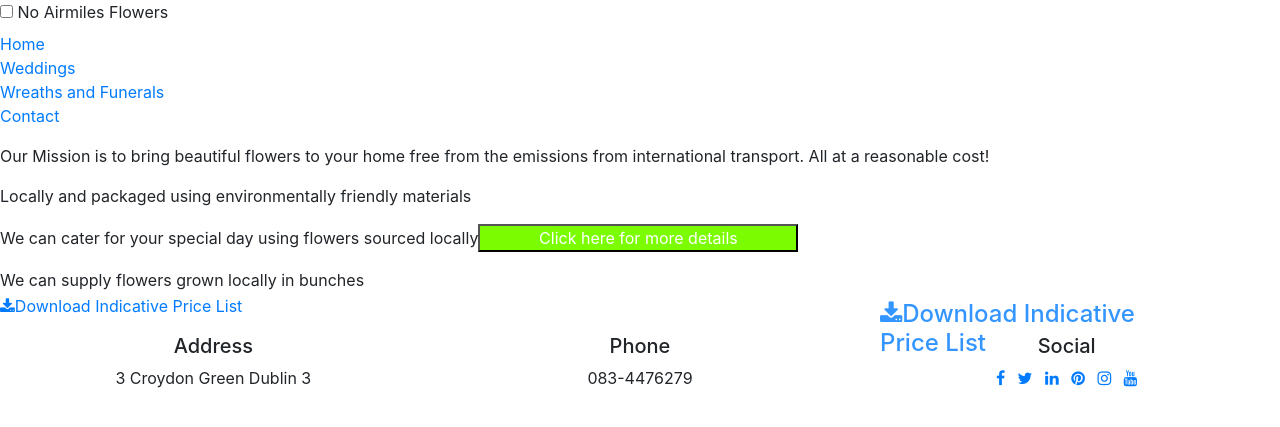
Repository: ConorTC1990/Flowers
Page: weddings.html
The author's editor kept a record of every edit. The page is drawn from the files as they stood at one moment, then again after the next edit.
The browser window is 1280 px wide. The pictures show the whole page.
Some web libraries are served in a nearby version.

Above is the page before.

### weddings.html
<!DOCTYPE html>
<html lang="en">
    <div class= "containerweddings">
<head>
    <meta charset="UTF-8">
    <meta name="viewport" content="width=device-width, initial-scale=1.0">
    <meta http-equiv="X-UA-Compatible" content="ie=edge">
    <link rel="stylesheet" href="https://maxcdn.bootstrapcdn.com/bootstrap/4.2.1/css/bootstrap.min.css" type="text/css" />
    <link rel="stylesheet" href="https://maxcdn.bootstrapcdn.com/font-awesome/4.7.0/css/font-awesome.min.css" type="text/css" />
    <link rel="stylesheet" href="https://cdnjs.cloudflare.com/ajax/libs/hover.css/2.1.1/css/hover-min.css" type="text/css" />
    <link rel="stylesheet" href="assets/css/style.css">
    <title>No Airmiles Flowers</title>
</head>
<body>
<div class="collapsible-menu">
            <input type="checkbox" id="menu">
            <label for="menu">No Airmiles Flowers</label>
            <div class="menu-content">
                <ul>
                         <li><a href="index.html">Home</a></li>
                    <li><a href="weddings.html">Weddings</a></li>
                    <li><a href="Wreaths.html">Wreaths and Funerals</a></li>
                    <li><a href="Contactform.html">Contact</a></li>

                </ul>
            </div>
        </div>


   <div class="WeddingsBackground">
         <h4 class="callout">
            This is your day, remember everything is bespoke! We can ascertain what works for you best
        </h4>
    <h4 class="callout2">
            We will meet you at the venue in order to help you decide what works best for you on your budget
        </h4>
         <h4 class="callout3">
           <a href="assets/Indicative Price List.pdf" target="_blank" class="hvr-sweep-to-bottom"><i class="fa fa-download" aria-hidden="true"></i><span>Download Indicative Price List</span></a>
        </h4>
        </div>

       <div class="videoclass2weddings">
		    <div class=videoclass2padding>
		        <ul>
		            <li> Our Mission is to bring beautiful flowers to your home free from the emissions from international transport. All at a reasonable cost!</li></p>
		            <li> Locally and packaged using environmentally friendly materials</li></p>
		            <li>We can cater for your special day using flowers sourced locally<span class"buttonsticky"><button class= "button">Click here for more details</button></span></li></p>
		            <li>We can supply flowers grown locally in bunches</li>
		            <a href="assets/Indicative Price List" target="_blank" class="hvr-sweep-to-bottom"><i class="fa fa-download" aria-hidden="true"></i><span>Download Indicative Price List</span></a>
		        </ul>
		    </div>
		</div>
</div>


<footer class="container-fluid wreathfooter">
        <div id="footer-details" class="row">
            <div class="col-sm-4">
                <h5 class="uppercase general-sub">Address</h5>
                <p class="inline-block">
                    3 Croydon Green
                    Dublin 3
                </p>
            </div>
            <div class="col-sm-4">
                <h5 class="uppercase general-sub">Phone</h5>
                <p class="inline-block">
                    083-4476279

                    </a>
                </p>
            </div>
            <div class="col-sm-4">
                <h5 class="uppercase general-sub">Social</h5>
                <ul class="list-inline social-links">
                    <li class="list-inline-item">
                        <a target="_blank" href="#">
                            <i class="fa fa-facebook" aria-hidden="true"></i>
                            <span class="sr-only">Facebook</span>
                        </a>
                    </li>
                    <li class="list-inline-item">
                        <a target="_blank" href="#">
                            <i class="fa fa-twitter" aria-hidden="true"></i>
                            <span class="sr-only">Twitter</span>
                        </a>
                    </li>
                    <li class="list-inline-item">
                        <a target="_blank" href="#">
                            <i class="fa fa-linkedin" aria-hidden="true"></i>
                            <span class="sr-only">LinkedIn</span>
                        </a>
                    </li>
                    <li class="list-inline-item">
                        <a target="_blank" href="#">
                            <i class="fa fa-pinterest" aria-hidden="true"></i>
                            <span class="sr-only">Pinterest</span>
                        </a>
                    </li>
                    <li class="list-inline-item">
                        <a target="_blank" href="#">
                            <i class="fa fa-instagram" aria-hidden="true"></i>
                            <span class="sr-only">Instagram</span>
                        </a>
                    </li>
                    <li class="list-inline-item">
                        <a target="_blank" href="#">
                            <i class="fa fa-youtube" aria-hidden="true"></i>
                            <span class="sr-only">YouTube</span>
                        </a>
                    </li>
                </ul>
            </div>
        </div>
        </div>

    </footer>

</body>

</html>

### assets/css/style.css
@import url('https://fonts.googleapis.com/css?family=Roboto:100,200,300,400,500,600,700|Exo:100,200,300,400,500,600,700');
.mission {
	text-transform: uppercase;
	color: green;
}


/* up for deletion*/

@media (min-width: 1200px) .container {
	max-width: 100%;
}

@media (min-width: 992px) .container {
	max-width: 100%;
}

@media (min-width: 768px) .container {
	max-width: 100%;
}

@media (min-width: 576px) .container {
	max-width: 100%;
}


/* up for deletion*/


}

/* up for deletion*/
*,
*:before,
*:after {
	-webkit-box-sizing: border-box;
	-moz-box-sizing: border-box;
	box-sizing: border-box;
}
* {
	margin: 0;
	padding: 0;
}
* {
	margin: 0;
	padding: 0;
}
*,
 ::after,
 ::before {
	box-sizing: border-box;
}

}
.title {
	text-align: center;
	color: white;
}
h3 {
	text-transform: uppercase;
	text-align: center;
	color: green;
	background-color: #FF00FF;
	resize: both;
}

/* Buttons*/
.button {
	background-color: #7CFC00;
	text-align: center;
	color: white;
	width: 25%;
	transition-duration: .9s;
	transition-timing-function: ease-in-out;
	z-index: 1;
}
.button:hover {
	background-color: white;
	color: #7CFC00;
}
a:hover {
	background-color: white;
	color: #7CFC00;
}
.sr-only {
	color: white
}
.list-inline-item {
	color: white
}
.infoclass {
	background-color: transparent;
}
#myVideo {
	position: center;
	width: 100%;
	min-height: 100%;
	padding-bottom: 0px;
	padding-right: 0px;
	padding-left: 0px;
}
.col-sm-4 {
	text-align: center;
	border-color: #FF00FF;
}

/* Callout box - fixed position at the bottom of the page */
.callout {
	position:fixed;
	top: 100px;
	right: 100px;
	margin-left: 20px;
	max-width: 300px;
	color: white;
	opacity: 0.8;
}
.callout2 {
	position:fixed;
	top: 500px;
	right: 100px;
	margin-left: 20px;
	max-width: 300px;
	color: white;
	opacity: 0.8;
}
.callout3 {
	position:fixed;
	top: 300px;
	right: 100px;
	margin-left: 250px;
	max-width: 300px;
	color: white;
	opacity: 0.8;
}

/* up for deletion*/
.callout-header {
	padding: 25px 15px;
	background: #555;
	font-size: 30px;
	color: white;
	opacity: 0.8;
}.callout-header {
	padding: 25px 15px;
	background: #555;
	font-size: 30px;
	color: white;
	opacity: 0.8;
}
.col-sm-4 {
	border-color: #FF00FF;
	padding-left: 0px;
	padding-right: 0px;
}
.container-fluid {
	alignment-baseline: text-after-edge;
	border:none;
}
.sticky {
	position: static;
	top: 0;
}
body {
	background-color: white;
	padding-left: 0px;
	padding-right: 0px;
}
.list-inline-item {
	text-align: right;
	border-color: black;
}
.address {
	text-align: right;
}
head {
	z-index: 1;
	border-collapse: collapse;
	border-color: white;
}

/* -------------- Navbar --------------- */

/* to keep Navbar in place*/


/* Page content */
.content {
	padding: 16px;
}
}
.stickytitle {
	position: fixed;
	top: 0px;
	width: 100%;
	height: 35px;
	z-index: 1;
}

/* Add some top padding to the page content to prevent sudden quick movement (as the navigation bar gets a new position at the top of the page (position:fixed and top:0) */
.sticky+.content {
	padding-top: 60px;
/* The sticky class is added to the navbar with JS when it reaches its scroll position */
.sticky {
	position: fixed;
	top: 35px;
	width: 100%;
}
.stickytitle {
	position: fixed;
	top: 0px;
	width: 100%;
	height: 35px;
	z-index: 1;
}

/* Add some top padding to the page content to prevent sudden quick movement (as the navigation bar gets a new position at the top of the page (position:fixed and top:0) */
.sticky+.content {
	padding-top: 60px;
}
.general-sub {
	background-color: black;
container-fluid sticky {
	padding-bottom: 1000px;
}
	border-color: black;
	padding-left: 0px;
	padding-right: 0px;
	padding-top: 0px;
}
.list-inline-item {
	color: white
}
title sticky {
	top: 25px
}
.buttonsticky {
	padding-right: 25px
}
.footerpin {
	position: bottom 35px
}
container-fluid sticky {
	padding-bottom: 1000px;
}

/* Footer Styles */
.social-links li a i {
	width: 32px;
	height: 32px;
	padding: 12px 0;
	border-radius: 50%;
	font-size: 13px;
	line-height: 7px;
	text-align: center;
	color: white;
	background: black;
	transition: all 0.35s ease-in-out;
	-moz-transition: all 0.35s ease-in-out;
	-webkit-transition: all 0.35s ease-in-out;
	-o-transition: all 0.35s ease-in-out;
}
.social-links li a i:hover {
	background: #7CFC00;
}
footer {
	text-align: center;
	background-color: black;
	color: white;
	text-shadow: none;
	text-transform: uppercase;
	position: fixed;
	position: absolute;
	height: 25px;
	max-height: 10%;
}
.container-fluidf {
	bottom: 10px;
}

/* Wreaths */
.WreathsBackground {
	background-image: url("../images/Wreaths.JPG");
	background-repeat: no-repeat;
	background-size: cover;
	position: absolute;
	resize: both;
	min-width: 100%;
	min-height: 60%;
	max-width: 100%;
	max-height: 60%;
	padding-top: 35px;
	padding-bottom: 60px;
	padding-right: 0px;
	padding-left: 0px;
	z-index: 0;
}

/* Contact */
.ContactBackground {
	background-image: url("../images/flowers.jpg");
	position: absolute;
	resize: both;
	background-repeat: no-repeat;
	background-size: cover;
	min-width: 100%;
	min-height: 800px;
	padding-top: 35px;
	padding-bottom: 35px;
	padding-right: 0px;
	padding-left: 0px;
	z-index: 0;
}

/* ----------- Contact  form------------------*/
.form-style-1 {
	margin:10px auto;
	max-width: 400px;
	padding: 20px 12px 10px 20px;
	font: 13px "Lucida Sans Unicode",
	"Lucida Grande",
	sans-serif;
}
.form-style-1 li {
	padding: 0;
	display: block;
	list-style: none;
	margin: 10px 0 0 0;
}
.form-style-1 label {
	margin:0 0 3px 0;
	padding:0px;
	display:block;
	font-weight: bold;
}
.form-style-1 input[type=text],
.form-style-1 input[type=date],
.form-style-1 input[type=datetime],
.form-style-1 input[type=number],
.form-style-1 input[type=search],
.form-style-1 input[type=time],
.form-style-1 input[type=url],
.form-style-1 input[type=email],
textarea,
select {
	box-sizing: border-box;
	-webkit-box-sizing: border-box;
	-moz-box-sizing: border-box;
	border:1px solid #BEBEBE;
	padding: 7px;
	margin:0px;
	-webkit-transition: all 0.30s ease-in-out;
	-moz-transition: all 0.30s ease-in-out;
	-ms-transition: all 0.30s ease-in-out;
	-o-transition: all 0.30s ease-in-out;
	outline: none;
}
.form-style-1 input[type=text]:focus,
.form-style-1 input[type=date]:focus,
.form-style-1 input[type=datetime]:focus,
.form-style-1 input[type=number]:focus,
.form-style-1 input[type=search]:focus,
.form-style-1 input[type=time]:focus,
.form-style-1 input[type=url]:focus,
.form-style-1 input[type=email]:focus,
.form-style-1 textarea:focus,
.form-style-1 select:focus {
	-moz-box-shadow: 0 0 8px #88D5E9;
	-webkit-box-shadow: 0 0 8px #88D5E9;
	box-shadow: 0 0 8px #88D5E9;
	border: 1px solid #88D5E9;
}
.form-style-1 .field-divided {
	width: 49%;
}
.form-style-1 .field-long {
	width: 100%;
}
.form-style-1 .field-select {
	width: 100%;
}
.form-style-1 .field-textarea {
	height: 100px;
}
.form-style-1 input[type=submit],
.form-style-1 input[type=button] {
	background: #4B99AD;
	padding: 8px 15px 8px 15px;
	border: none;
	color: #fff;
}
.form-style-1 input[type=submit]:hover,
.form-style-1 input[type=button]:hover {
	background: #4691A4;
	box-shadow:none;
	-moz-box-shadow:none;
	-webkit-box-shadow:none;
}
.form-style-1 .required {
	color:red;
}

/* ----------- Contact  form------------------*/

/* ----------- Weddings Background------------------*/
.WeddingsBackground {
	background-image: url("../images/Weddings.PNG");
	position: fixed;
	resize: both;
	padding-top: 35px;
	padding-bottom: 35px;
	padding-right: 0px;
	padding-left: 0px;
	z-index: -1;
	max-width : 100%;
	max-height: 50%;
	min-width: 100%;
	min-height: 50%;
}

/* ----------- Weddings Background------------------*/

/* ----------- Menu Bar------------------*/
.menu-content {
	font-family: 'Oswald',
	sans-serif;
	padding: 0 0 0 50px;
}
.collapsible-menu {
	background-color: rgb(255,
	255,
	255);
	padding: 0px 30px;
	border-bottom: 3px solid #CDE700;
	box-shadow: 1px 2px 3px rgba(0,
	0,
	0,
	0.2);
	opacity: 1;
}
.collapsible-menu ul {
	list-style-type: none;
	padding: 0;
}
.collapsible-menu a {
	display:block;
	padding: 10px;
	text-decoration: none;
}
.collapsible-menu label {
	font-family: 'Sedgwick Ave Display',
	cursive;
	font-size: 40px;
	display: block;
	cursor: pointer;
	background: url(../images/menu.png) no-repeat left center;
	padding: 10px 0 10px 50px;
}
input#menu {
	display: none;
}
input:checked+label {
	background-image: url(../images/close.png);
}
.menu-content {
	max-height: 0;
	overflow: hidden;
	font-family: 'Oswald',
	sans-serif;
	padding: 0 0 0 50px;
}

/* Toggle Effect */
input:checked~label {
	background-image: url(../images/close.png);
}
input:checked~.menu-content {
	max-height: 100%;
}

/* ----------- Menu Bar------------------*/

/* ----------- Consider for Deletion------------------*/

/* test */
* {
	margin: 0;
	padding: 0;
}

/* Icon 0 */
#nav-icon0 {
	width: 30px;
	height: 35px;
	position: relative;
	margin: 50px auto;
	-webkit-transform: rotate(0deg);
	-moz-transform: rotate(0deg);
	-o-transform: rotate(0deg);
	transform: rotate(0deg);
	-webkit-transition: .5s ease-in-out;
	-moz-transition: .5s ease-in-out;
	-o-transition: .5s ease-in-out;
	transition: .5s ease-in-out;
	cursor: pointer;
}

/* Icon 2 */
#nav-icon0 {}
#nav-icon0 span {
	display: block;
	position: absolute;
	height: 2px;
	width: 50%;
	background: #000;
	opacity: 1;
	-webkit-transform: rotate(0deg);
	-moz-transform: rotate(0deg);
	-o-transform: rotate(0deg);
	transform: rotate(0deg);
	-webkit-transition: .25s ease-in-out;
	-moz-transition: .25s ease-in-out;
	-o-transition: .25s ease-in-out;
	transition: .25s ease-in-out;
}
#nav-icon0 span:nth-child(even) {
	left: 50%;
	border-radius: 0 9px 9px 0;
}
#nav-icon0 span:nth-child(odd) {
	left:0px;
	border-radius: 9px 0 0 9px;
}
#nav-icon0 span:nth-child(1),
#nav-icon0 span:nth-child(2) {
	top: 0px;
}
#nav-icon0 span:nth-child(3),
#nav-icon0 span:nth-child(4) {
	top: 10px;
}
#nav-icon0 span:nth-child(5),
#nav-icon0 span:nth-child(6) {
	top: 20px;
}
#nav-icon0.open span:nth-child(1),
#nav-icon0.open span:nth-child(6) {
	-webkit-transform: rotate(45deg);
	-moz-transform: rotate(45deg);
	-o-transform: rotate(45deg);
	transform: rotate(45deg);
}
#nav-icon0.open span:nth-child(2),
#nav-icon0.open span:nth-child(5) {
	-webkit-transform: rotate(-45deg);
	-moz-transform: rotate(-45deg);
	-o-transform: rotate(-45deg);
	transform: rotate(-45deg);
}
#nav-icon0.open span:nth-child(1) {
	left: 0px;
	top: 9px;
}
#nav-icon0.open span:nth-child(2) {
	left: calc(50% - 5px);
	top: 9px;
}
#nav-icon0.open span:nth-child(3) {
	left: -50%;
	opacity: 0;
}
#nav-icon0.open span:nth-child(4) {
	left: 100%;
	opacity: 0;
}
#nav-icon0.open span:nth-child(5) {
	left: 0px;
	top: 19px;
}
#nav-icon0.open span:nth-child(6) {
	left: calc(50% - 5px);
	top: 19px;
}

/* ----------- Consider for Deletion------------------*/
* {
	margin: 0;
	padding: 0;
}

/* Icon 1 */
#nav-icon1,
#nav-icon2,
#nav-icon3,
#nav-icon4 {
	width: 60px;
	height: 45px;
	position: relative;
	margin: 50px auto;
	-webkit-transform: rotate(0deg);
	-moz-transform: rotate(0deg);
	-o-transform: rotate(0deg);
	transform: rotate(0deg);
	-webkit-transition: .5s ease-in-out;
	-moz-transition: .5s ease-in-out;
	-o-transition: .5s ease-in-out;
	transition: .5s ease-in-out;
	cursor: pointer;
}
#nav-icon1 span,
#nav-icon3 span,
#nav-icon4 span {
	display: block;
	position: absolute;
	height: 9px;
	width: 100%;
	background: #d3531a;
	border-radius: 9px;
	opacity: 1;
	left: 0;
	-webkit-transform: rotate(0deg);
	-moz-transform: rotate(0deg);
	-o-transform: rotate(0deg);
	transform: rotate(0deg);
	-webkit-transition: .25s ease-in-out;
	-moz-transition: .25s ease-in-out;
	-o-transition: .25s ease-in-out;
	transition: .25s ease-in-out;
}
#nav-icon1 span:nth-child(1) {
	top: 0px;
}
#nav-icon1 span:nth-child(2) {
	top: 18px;
}
#nav-icon1 span:nth-child(3) {
	top: 36px;
}
#nav-icon1.open span:nth-child(1) {
	top: 18px;
	-webkit-transform: rotate(135deg);
	-moz-transform: rotate(135deg);
	-o-transform: rotate(135deg);
	transform: rotate(135deg);
}
#nav-icon1.open span:nth-child(2) {
	opacity: 0;
	left: -60px;
}
#nav-icon1.open span:nth-child(3) {
	top: 18px;
	-webkit-transform: rotate(-135deg);
	-moz-transform: rotate(-135deg);
	-o-transform: rotate(-135deg);
	transform: rotate(-135deg);
}

/* Icon 2 */
#nav-icon2 {}
#nav-icon2 span {
	display: block;
	position: absolute;
	height: 9px;
	width: 50%;
	background: #d3531a;
	opacity: 1;
	-webkit-transform: rotate(0deg);
	-moz-transform: rotate(0deg);
	-o-transform: rotate(0deg);
	transform: rotate(0deg);
	-webkit-transition: .25s ease-in-out;
	-moz-transition: .25s ease-in-out;
	-o-transition: .25s ease-in-out;
	transition: .25s ease-in-out;
}
#nav-icon2 span:nth-child(even) {
	left: 50%;
	border-radius: 0 9px 9px 0;
}
#nav-icon2 span:nth-child(odd) {
	left:0px;
	border-radius: 9px 0 0 9px;
}
#nav-icon2 span:nth-child(1),
#nav-icon2 span:nth-child(2) {
	top: 0px;
}
#nav-icon2 span:nth-child(3),
#nav-icon2 span:nth-child(4) {
	top: 18px;
}
#nav-icon2 span:nth-child(5),
#nav-icon2 span:nth-child(6) {
	top: 36px;
}
#nav-icon2.open span:nth-child(1),
#nav-icon2.open span:nth-child(6) {
	-webkit-transform: rotate(45deg);
	-moz-transform: rotate(45deg);
	-o-transform: rotate(45deg);
	transform: rotate(45deg);
}
#nav-icon2.open span:nth-child(2),
#nav-icon2.open span:nth-child(5) {
	-webkit-transform: rotate(-45deg);
	-moz-transform: rotate(-45deg);
	-o-transform: rotate(-45deg);
	transform: rotate(-45deg);
}
#nav-icon2.open span:nth-child(1) {
	left: 5px;
	top: 7px;
}
#nav-icon2.open span:nth-child(2) {
	left: calc(50% - 5px);
	top: 7px;
}
#nav-icon2.open span:nth-child(3) {
	left: -50%;
	opacity: 0;
}
#nav-icon2.open span:nth-child(4) {
	left: 100%;
	opacity: 0;
}
#nav-icon2.open span:nth-child(5) {
	left: 5px;
	top: 29px;
}
#nav-icon2.open span:nth-child(6) {
	left: calc(50% - 5px);
	top: 29px;
}

/* Icon 3 */
#nav-icon3 span:nth-child(1) {
	top: 0px;
}
#nav-icon3 span:nth-child(2),
#nav-icon3 span:nth-child(3) {
	top: 18px;
}
#nav-icon3 span:nth-child(4) {
	top: 36px;
}
#nav-icon3.open span:nth-child(1) {
	top: 18px;
	width: 0%;
	left: 50%;
}
#nav-icon3.open span:nth-child(2) {
	-webkit-transform: rotate(45deg);
	-moz-transform: rotate(45deg);
	-o-transform: rotate(45deg);
	transform: rotate(45deg);
}
#nav-icon3.open span:nth-child(3) {
	-webkit-transform: rotate(-45deg);
	-moz-transform: rotate(-45deg);
	-o-transform: rotate(-45deg);
	transform: rotate(-45deg);
}
#nav-icon3.open span:nth-child(4) {
	top: 18px;
	width: 0%;
	left: 50%;
}

/* Icon 4 */
#nav-icon4 {}
#nav-icon4 span:nth-child(1) {
	top: 0px;
	-webkit-transform-origin: left center;
	-moz-transform-origin: left center;
	-o-transform-origin: left center;
	transform-origin: left center;
}
#nav-icon4 span:nth-child(2) {
	top: 18px;
	-webkit-transform-origin: left center;
	-moz-transform-origin: left center;
	-o-transform-origin: left center;
	transform-origin: left center;
}
#nav-icon4 span:nth-child(3) {
	top: 36px;
	-webkit-transform-origin: left center;
	-moz-transform-origin: left center;
	-o-transform-origin: left center;
	transform-origin: left center;
}
#nav-icon4.open span:nth-child(1) {
	-webkit-transform: rotate(45deg);
	-moz-transform: rotate(45deg);
	-o-transform: rotate(45deg);
	transform: rotate(45deg);
	top: -3px;
	left: 8px;
}
#nav-icon4.open span:nth-child(2) {
	width: 0%;
	opacity: 0;
}
#nav-icon4.open span:nth-child(3) {
	-webkit-transform: rotate(-45deg);
	-moz-transform: rotate(-45deg);
	-o-transform: rotate(-45deg);
	transform: rotate(-45deg);
	top: 39px;
	left: 8px;
}

/* ----------- Consider for Deletion------------------*/
.container {
	padding-right: 0px;
	padding-left: 0px;
	margin-right: auto;
	margin-left: auto;
}
.videoclass {
	min-height: 100%;
	min-width: 100%;
	padding-bottom: 60px;
}
@media (max-width: 40em) {
	.videoclass {
		display: none;
	}
}
@media (max-width: 40em) {
	.WreathsBackground {
		display: none;
	}
}
@media (min-width: 40em) {
	.videoclass2paddingweddings {
		display: none;
	}
}
@media (min-width: 40em) {
	.videoclass2 {
		display: none;
	}
}
@media (min-width: 40em) {
	.videoclass2wreaths {
		display: none;
	}
}
@media (max-width: 40em) {
	.callout {
		display: none;
	}
}
@media (max-width: 70em) {
	.callout2 {
		display: none;
	}
}
@media (max-width: 40em) {
	.WeddingsBackground {
		display: none;
	}
}
@media (max-width: 40em) {
	.callout3 {
		display: none;
	}
}
.videoclass2 {
	background-image:url("../images/flowers.jpg");
	width: 100%;
	height: 100%;
	min-height: 625px;
	opacity: 1;
	text-size: 30px;
	text-transform: uppercase;
	color: white;
	list-style: circle;
	line-height:!important;
	25px;
	text-align: center;
}
.videoclass2weddings {
	background-image:url("../images/wedding flowers.jpg");
	width: 100%;
	height: 100%;
	background-repeat: no-repeat;
	background-size: cover;
	min-height: 675px;
	opacity: 1;
	text-size: 30px;
	text-transform: uppercase;
	color: black;
	list-style: circle;
	line-height:!important;
	25px;
	text-align: center;
	padding-top: 30px;
	z-index: 2;
}
.videoclass2weddings {
	padding-top: 60px
}
@media (min-width: 40em) {
	.videoclass2 {
		display: none;
	}



}
.videoclass2wreaths {
	background-image:url("../images/Wreaths.1.JPG");
	width: 100%;
	height: 100%;
	min-height: 675px;
	opacity: 1;
	text-size: 30px;
	text-transform: uppercase;
	color: white;
	list-style: circle;
	line-height:!important;
	25px;
	text-align: center;
	padding-top: 35px;
}
.videoclass2weddings {
	padding-top: 0px
}
@media (min-width: 40em) {
	.videoclass2weddings {
		display: none;
	}
}
@media (max-width: 40em) {
	h4 {
		display: none;
	}
}
.container-fluid {
	width: 100%;
	padding-right: 0px;
	padding-left: 0px;
	margin-right: auto;
	margin-left: auto;
}
.wreathfooter {
    background: fixed;
    text-align: center;
    background-color: black;
    color: gold;
    text-shadow: none;
    text-transform: uppercase;
    position: relative;
    height: 80px;
    max-height: 20%;
    bottom: 0px;
}
.general-sub {
	background-color: black;
	border-color: black;
	padding-left: 0px;
	padding-right: 0px;
	padding-top: 0px;
}
.col-sm-4 {
	text-align: center;
	/* border-color: #FF00FF; */
	background-color: black;
}
.list-inline-item {
	color: black;
}
.list-inline-item {
	text-align: right;
	border-color: black;
}


body{
  display:flex;
  flex-direction:column;
}

footer{
  margin-top:auto;
}

.informationsection{position: relative}
.wreathfooter1 {
    background: fixed;
    text-align: center;
    background-color: black;
    color: gold;
    text-shadow: none;
    text-transform: uppercase;
    position: absolute;
    height: 80px;
    max-height: 20%;
    bottom: 0px;
}

.contactfooter {

    background: fixed;
    text-align: center;
    background-color: black;
    color: gold;
    text-shadow: none;
    text-transform: uppercase;
    position: fixed;
    height: 80px;
    max-height: 20%;
    bottom: 0px;
    position: fixed;
}
}

@media (max-width: 40em) {
	.contactfooter {
		display: none;
	}

	.collapsible-menu {
    background-color: rgb(255, 255, 255);
    padding: 0px 30px;
    border-bottom: 3px solid #CDE700;
    box-shadow: 1px 2px 3px rgba(0, 0, 0, 0.2);
    opacity: 1;
    z-index: 2;
}

.ContactBackground {
    background-image: url(../images/flowers.jpg);
    position: absolute;
    resize: both;
    background-repeat: no-repeat;
    background-size: cover;
    min-width: 100%;
    min-height: 800px;
    padding-top: 120px;
    padding-bottom: 35px;
    padding-right: 0px;
    padding-left: 0px;
    z-index: 0;
}

.collapsible-menu {
    background-color: rgb(255, 255, 255);
    padding: 0px 30px;
    border-bottom: 3px solid #CDE700;
    box-shadow: 1px 2px 3px rgba(0, 0, 0, 0.2);
    opacity: 1;
    z-index: 1;
}

.contactfooter {
    background: fixed;
    text-align: center;
    background-color: black;
    color: gold;
    text-shadow: none;
    text-transform: uppercase;
    position: fixed;
    height: 75px;
    max-height: 20%;
    bottom: 0px;
    position: fixed;
    z-index: 0;
}

#informationsectionwreaths {
position: relative;
    padding-bottom: 300px;
    padding-top: 835px;
    padding-right: 35px;
    z-index: 3;
}

After the next edit:
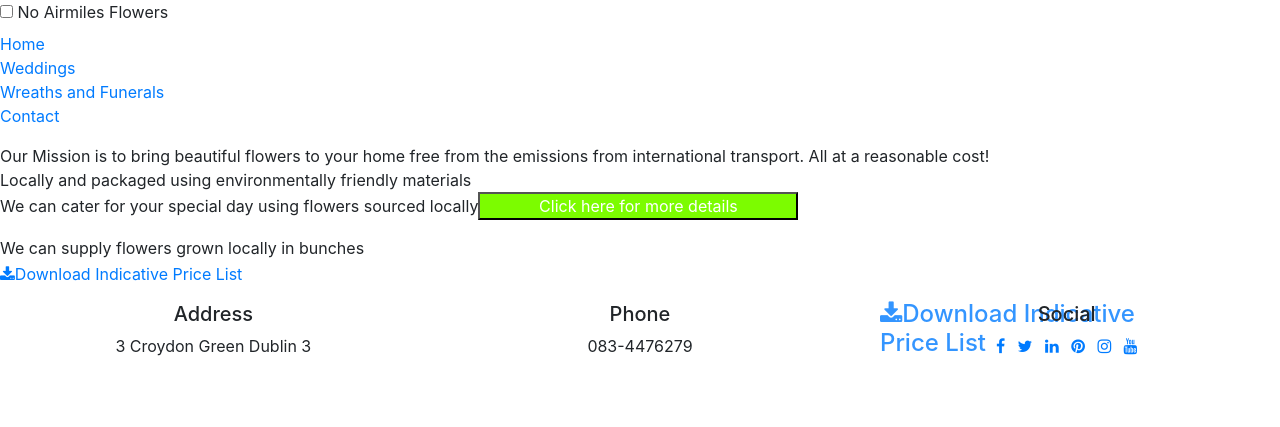
The edit:
--- a/weddings.html
+++ b/weddings.html
@@ -42,8 +42,8 @@
        <div class="videoclass2weddings">
 		    <div class=videoclass2padding>
 		        <ul>
-		            <li> Our Mission is to bring beautiful flowers to your home free from the emissions from international transport. All at a reasonable cost!</li></p>
-		            <li> Locally and packaged using environmentally friendly materials</li></p>
+		            <li> Our Mission is to bring beautiful flowers to your home free from the emissions from international transport. All at a reasonable cost!</li>
+		            <li> Locally and packaged using environmentally friendly materials</li>
 		            <li>We can cater for your special day using flowers sourced locally<span class"buttonsticky"><button class= "button">Click here for more details</button></span></li></p>
 		            <li>We can supply flowers grown locally in bunches</li>
 		            <a href="assets/Indicative Price List" target="_blank" class="hvr-sweep-to-bottom"><i class="fa fa-download" aria-hidden="true"></i><span>Download Indicative Price List</span></a>
